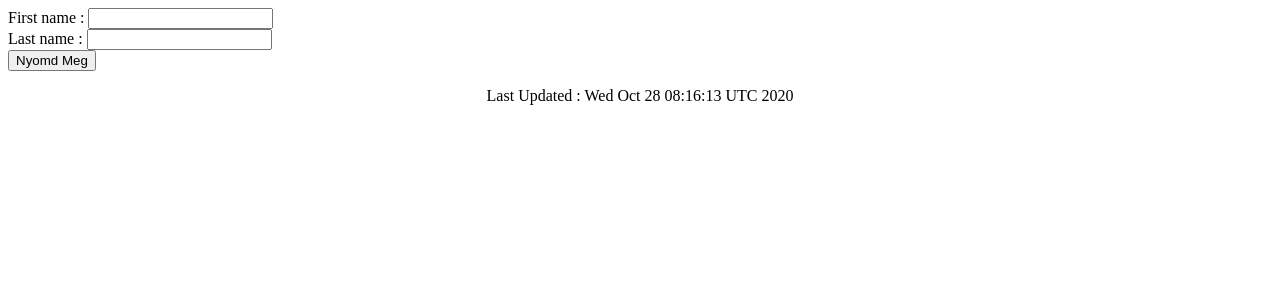
Repository: Gyepike/JSP
Page: http://localhost/JSPDemo/Student-formJSP.jsp
An editor plug-in stored every save of this project. The page is shown before and after a run of saves, followed by the edit.
The browser window is 1280 px wide. The pictures show the whole page.
The page is served by Tomcat 9.

Above is the page before, as saved 2020-10-29 22:12:42.

After the next 3 saves:
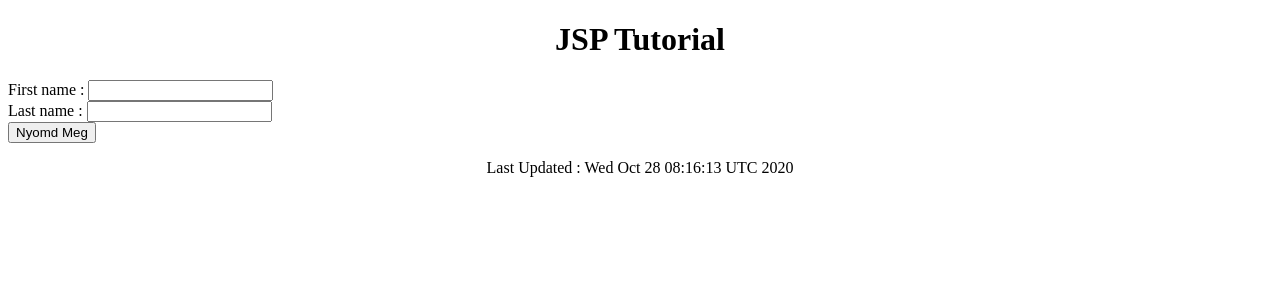
The 3 saves are shown as one change because 2 did not build or start.
The last was saved 2 min 7 s later.
--- a/JSPDemo/WebContent/Student-formJSP.jsp
+++ b/JSPDemo/WebContent/Student-formJSP.jsp
@@ -7,6 +7,9 @@
 </head>
 
   <body>
+
+
+    <jsp:include page="my-header.html"></jsp:include>
      <form action="student-response.jsp" method="GET">
        First name : <input type="text" name="firstName">
        <br/>
